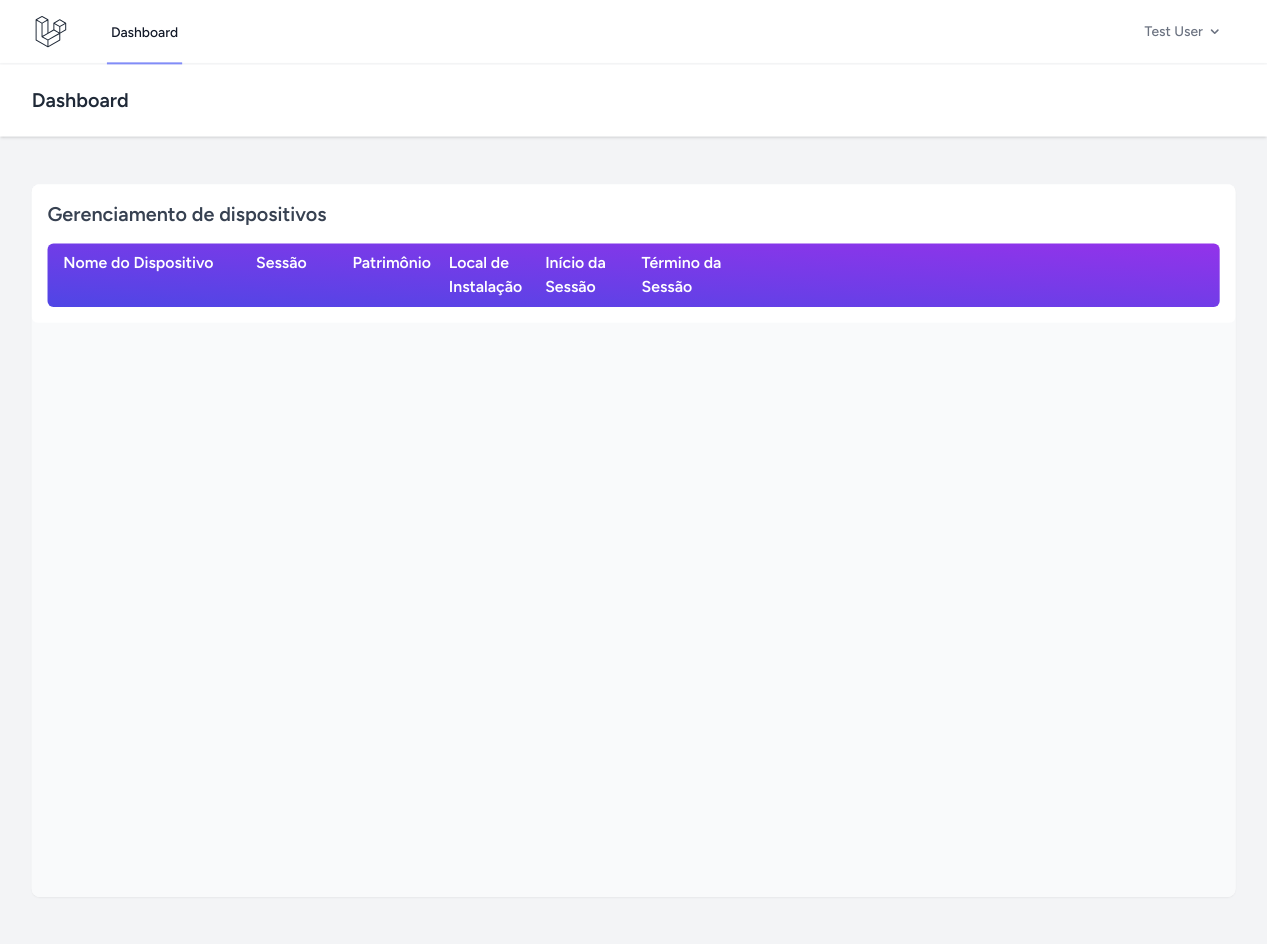
Repository: CrisMorgantee/device-logs
Page: http://localhost/dashboard
These files come from the project's save history. The page is drawn as it stood at one moment and after the next save; the edit follows.
The browser window is 1280 px wide. The pictures show the whole page, at 99% of full size.
The page is served by the project's Laravel application, run on PHP 8.4 with Laravel 10. A made-up administrator, Test User (test@example.com), is signed in. Style sheets and scripts are compiled from the project's sources, by tool versions that may differ from the author's. Queries for data that is not in the repository find no rows.

Above is the page before, as saved 2023-04-14 22:37:58.

After the next save:
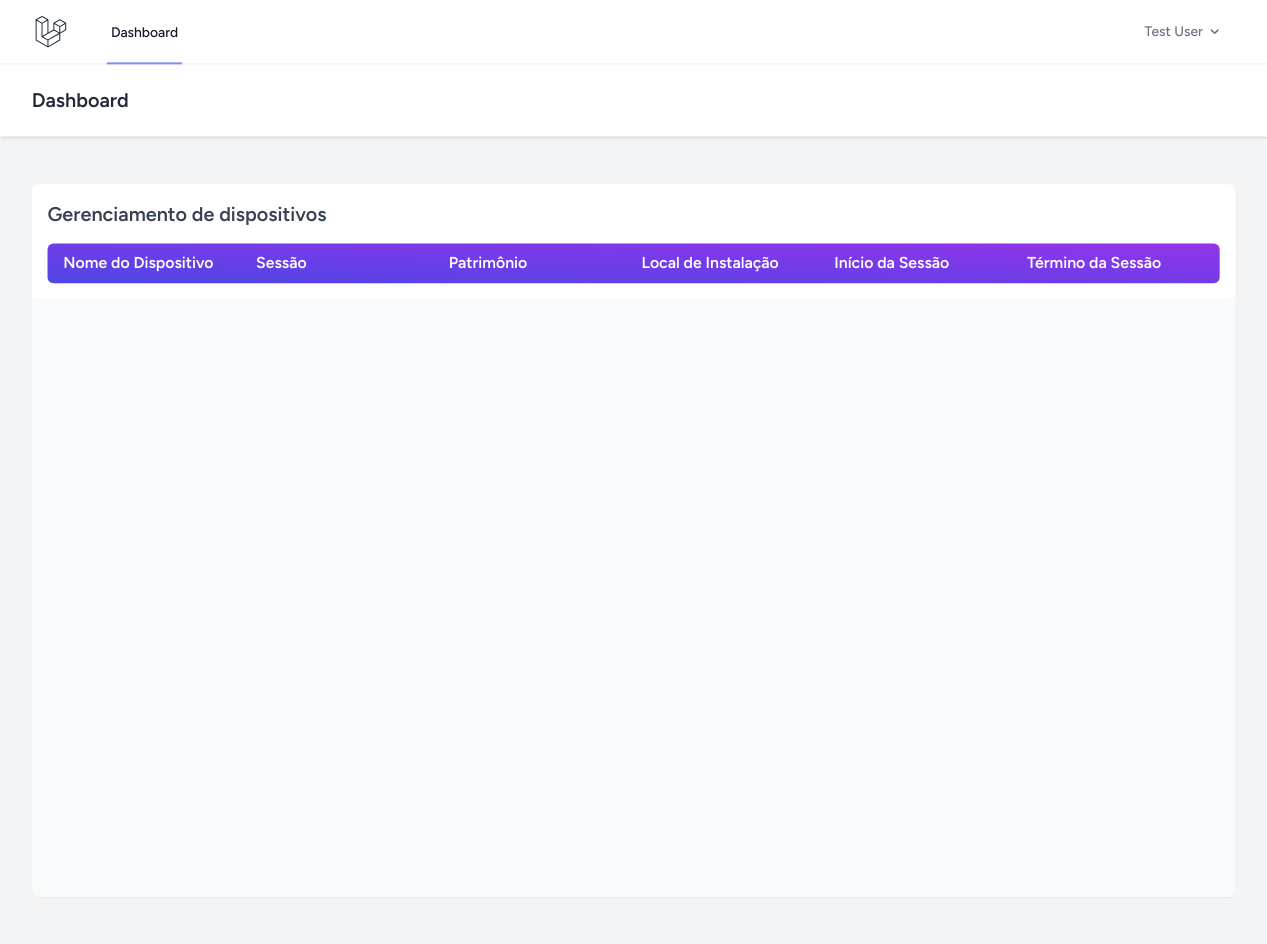
Saved 38 s later.
--- a/resources/views/dashboard.blade.php
+++ b/resources/views/dashboard.blade.php
@@ -17,19 +17,19 @@
               <div class="col-span-2">
                 <span>Nome do Dispositivo</span>
               </div>
-              <div>
+              <div class="col-span-2">
                 <span>Sessão</span>
               </div>
-              <div>
+              <div class="col-span-2">
                 <span>Patrimônio</span>
               </div>
-              <div>
+              <div class="col-span-2">
                 <span>Local de Instalação</span>
               </div>
-              <div>
+              <div class="col-span-2">
                 <span>Início da Sessão</span>
               </div>
-              <div>
+              <div class="col-span-2">
                 <span>Término da Sessão</span>
               </div>
             </div>
